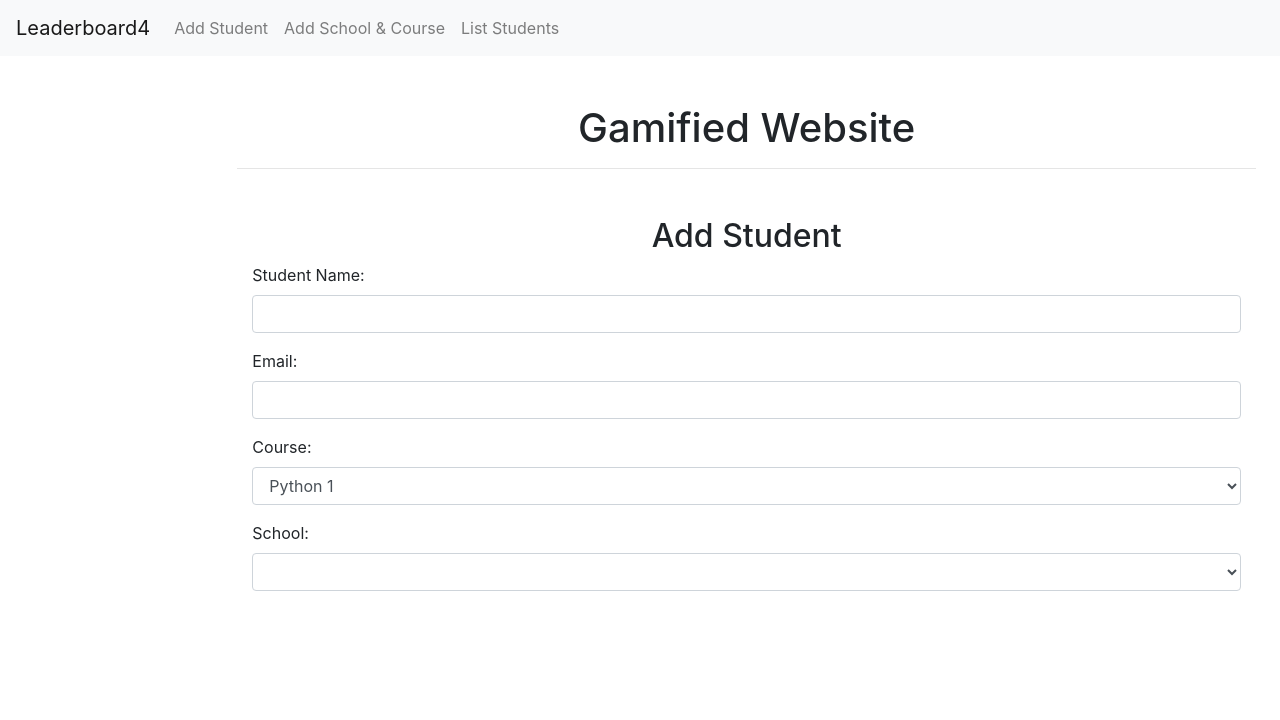
Repository: bigbodhiacademy/gBoard
Page: http://localhost/
These files come from the project's save history. The page is drawn as it stood at one moment and after the next save; the edit follows.
The browser window is 1280 px wide. The pictures show the whole page.
The page is run by PHP 8.4 with error messages shown; the project is at /var/www/html/. The database holds what the project's SQL file puts in it.

Above is the page before, as saved 2023-04-20 17:26:10.

After the next save:
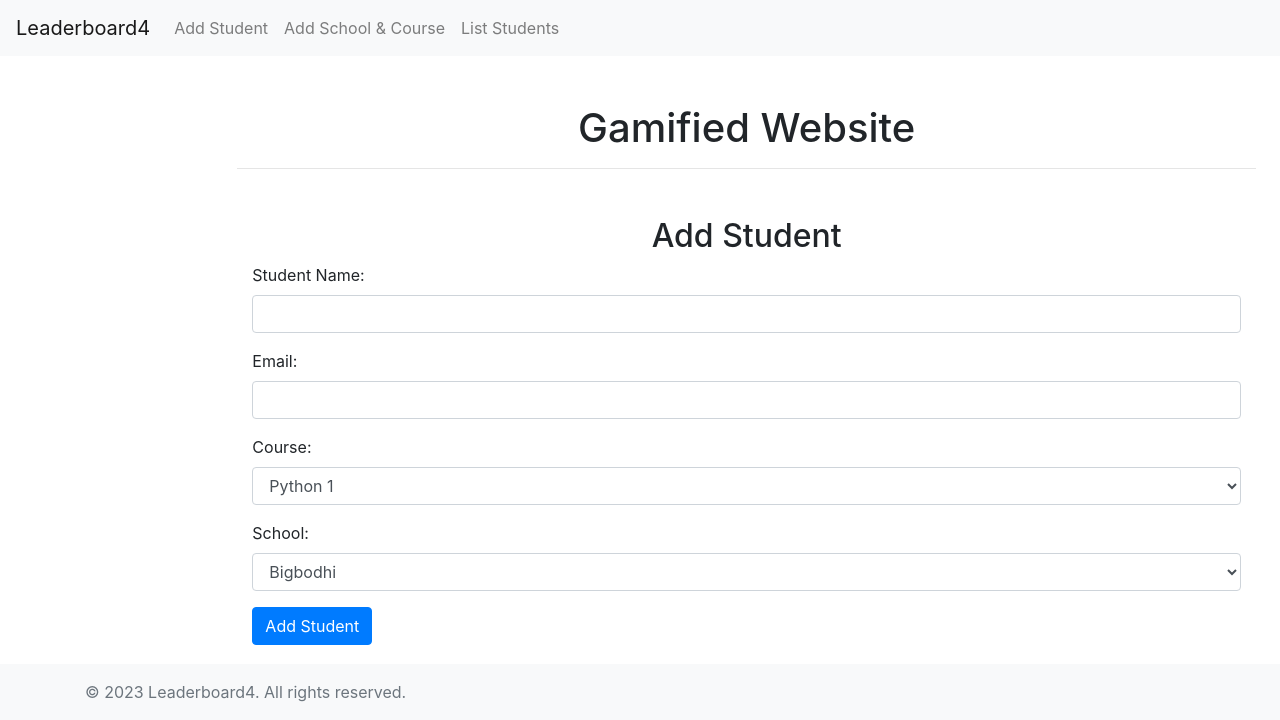
Saved 2 min 24 s later.
--- a/functions.php
+++ b/functions.php
@@ -39,6 +39,22 @@ function addSchool($school_name, $location) {
 
   $stmt->close();
   $conn->close();
+}
+
+function getSchools() {
+  global $conn;
+  $schools = array();
+
+  $query = "SELECT * FROM schools";
+  $result = mysqli_query($conn, $query);
+
+  if (mysqli_num_rows($result) > 0) {
+      while ($row = mysqli_fetch_assoc($result)) {
+          $schools[] = $row;
+      }
+  }
+
+  return $schools;
 }
 
 
